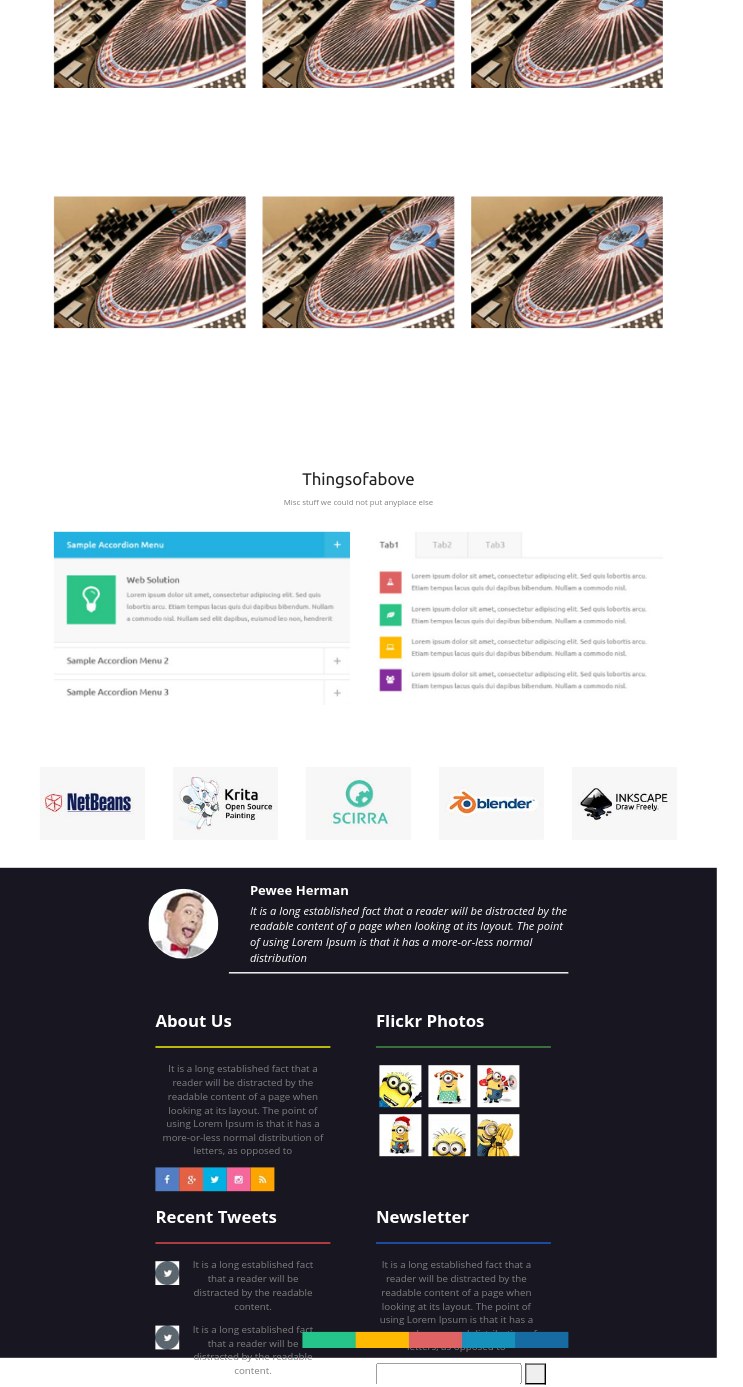
Repository: RenataDzotova/Metrolics-Renata-Beyonce
Page: index.html
These files come from the project's save history. The page is drawn as it stood at one moment and after the next save; the edit follows.
The browser window is 1024 px wide. The page is 1062 px wide, so the pictures cover 1062 px, including what lies to the right of the window. The pictures show the part of the page from y = 1934 to 4174 px (the page is 3916 px tall before and 4174 px after), at 70% of full size.
Some web fonts or font styles are not loaded; a fallback is used.

Above is the page before, as saved 2022-02-02 18:02:39.

### index.html
<!doctype html>
<html class="no-js" lang="">

<head>
  <meta charset="utf-8">
  <title>Metrolics</title>
  <meta name="description" content="">
  <meta name="viewport" content="width=device-width, initial-scale=1">

  <meta property="og:title" content="">
  <meta property="og:type" content="">
  <meta property="og:url" content="">
  <meta property="og:image" content="">

  <link rel="manifest" href="site.webmanifest">
  <link rel="apple-touch-icon" href="icon.png">
  <!-- Place favicon.ico in the root directory -->

  <link rel="preconnect" href="https://fonts.googleapis.com">
  <link rel="preconnect" href="https://fonts.gstatic.com" crossorigin>
  <link href="https://fonts.googleapis.com/css2?family=Chewy&family=Gluten:wght@600&family=Ubuntu:wght@300;400&display=swap" rel="stylesheet">
  <link rel="stylesheet" href="css/normalize.css">
  <link rel="stylesheet" href="css/main.css">
  <link rel="stylesheet" href="css/renata.css">

  <meta name="theme-color" content="#fafafa">
</head>

<body>

    <div class = "header">
        <div class = "navBar">
            <div class = "logo"> <img src = "photos/logo.jpg" alt = "logo"> </div>
            <div class="home"><img src="https://img.icons8.com/material-rounded/38/ffffff/home-page.png"/>Home</div>
            <div class="pages"><img src="https://img.icons8.com/windows/38/ffffff/code-fork--v1.png"/>Pages</div>
            <div class="blog"><img src="https://img.icons8.com/windows/38/ffffff/megaphone.png"/>Blog</div>
            <div class="portfolio"><img src="https://img.icons8.com/windows/38/ffffff/suitcase.png"/>Portfolio</div>
            <div class="contact"><img src="https://img.icons8.com/windows/38/ffffff/secured-letter--v1.png"/>Home</div>
        </div>
        <div class = "minions">
            <div class = "minions-div"><img src = "photos/Screen Shot 2022-01-25 at 2.02.28 PM.png" alt = "minion picture"></div>

        </div>
        <div class = "arrowOne"></div>
                <div class = "three-items">
                    <div class = "first-item">Metro Style</div>
                    <div class = "second-item">Retina Ready</div>
                    <div class = "third-item">Responsive Design</div>
                </div>
        <div class = "arrowTwo"></div>
    </div>


    <div class="MainContent">
        <div class= "page__intro">
            <div class="row">
                <h1 class="heading">
                    Hey guys! This is the Metrolics theme. It sports a responsive layout with a mobile layout.
                </h1>
            </div>
        </div>

        <section class="about">
            <div class="row l-col-4">
                    <div class="column span-full">
                        <h2 class="heading">
                            Things That We Do
                        </h2>
                        <p>Ask us what we can do for you</p>
                    </div>
                    <div class="column">
                        <figure class="project">
                            <img class="imgs" src="img/Bulb.png">
                            <h3 class="heading">Web Solutions</h3>
                            <p>We are a fairly small, flexible design studio that designs for print and web. We work flexibly with clients to fulfil their design needs. Whether you need to create a brand from scratch, including marketing materials and a beautiful and functional website or whether you are looking for a design refresh we are confident you will be pleased with the results.</p>
                        </figure>
                    </div>
                    <div class="column">
                        <figure class="project">
                            <img class="imgs" src="img/Pic.png">
                            <h3 class="heading">Photography</h3>
                            <p>We are a fairly small, flexible design studio that designs for print and web. We work flexibly with clients to fulfil their design needs. Whether you need to create a brand from scratch, including marketing materials and a beautiful and functional website or whether you are looking for a design refresh we are confident you will be pleased with the results.</p>
                        </figure>
                    </div>
                    <div class="column">
                        <figure class="project">
                            <img class="imgs" src="img/Gear.png">
                            <h3 class="heading">Web Developement</h3>
                            <p>We are a fairly small, flexible design studio that designs for print and web. We work flexibly with clients to fulfil their design needs. Whether you need to create a brand from scratch, including marketing materials and a beautiful and functional website or whether you are looking for a design refresh we are confident you will be pleased with the results.</p>
                        </figure>
                    </div>
                    <div class="column">
                        <figure class="project">
                            <img class="imgs" src="img/Pencil.png">
                            <h3 class="heading">Web Design</h3>
                            <p>We are a fairly small, flexible design studio that designs for print and web. We work flexibly with clients to fulfil their design needs. Whether you need to create a brand from scratch, including marketing materials and a beautiful and functional website or whether you are looking for a design refresh we are confident you will be pleased with the results.</p>
                        </figure>
                    </div>
                </div>
        </section>

        <section class="projects--new">
            <div class="row m-col-2 l-col-3">
                <div class="column span-full">
                    <h2 class="heading">
                        What's Up Lately?
                    </h2>
                    <p>Read up on our latest work<p>
                </div>
                <div class="column special-project">
                    <figure class="project">
                        <img src="img/Image-More.png" alt="Sample Image Post">
                    </figure>
                </div>
                <div class="column">
                    <figure class="project">
                        <img src="img/Image-More.png" alt="Sample Image Post">
                    </figure>
                </div>
                <div class="column">
                    <figure class="project">
                        <img src="img/Image-More.png" alt="Sample Image Post">
                    </figure>
                </div>
            </div>
        </section>
        <hr>
        <section class="projects">
            <div class="row m-col-2 l-col-3">
                <div class="column span-full">
                    <h2 class="heading">
                        Our Latest Projects
                    </h2>
                    <p>Client happy? We are happy.</p>
                </div>
                <div class="column">
                    <figure class="project">
                        <img src="img/Image.png" alt="Sample Image Post">
                        <div class="text"> <h4>Sample Image Post</h4> <h5>Photography</h5></div>
                        <div class="textimg"><img src="img/box.png"></div>
                    </figure>
                </div>
                <div class="column">
                    <figure class="project">
                        <img src="img/Image.png" alt="Sample Image Post">
                        <div class="text"> <h4>Sample Image Post</h4> <h5>Photography</h5></div>
                        <div class="textimg"><img src="img/box.png"></div>
                    </figure>
                </div>
                <div class="column">
                    <figure class="project">
                        <img src="img/Image.png" alt="Sample Image Post">
                        <div class="text"> <h4>Sample Image Post</h4> <h5>Photography</h5></div>
                        <div class="textimg"><img src="img/box.png"></div>
                    </figure>
                </div>
                <div class="column">
                    <figure class="project">
                        <img src="img/Image.png" alt="Sample Image Post">
                        <div class="text"> <h4>Sample Image Post</h4> <h5>Photography</h5></div>
                        <div class="textimg"><img src="img/box.png"></div>
                    </figure>
                </div>
                <div class="column">
                    <figure class="project">
                        <img src="img/Image.png" alt="Sample Image Post">
                        <div class="text"> <h4>Sample Image Post</h4> <h5>Photography</h5></div>
                        <div class="textimg"><img src="img/box.png"></div>
                    </figure>
                </div>
                <div class="column">
                    <figure class="project">
                        <img src="img/Image.png" alt="Sample Image Post">
                        <div class="text"> <h4>Sample Image Post</h4> <h5>Photography</h5></div>
                        <div class="textimg"><img src="img/box.png"></div>
                    </figure>
                </div>
            </div>
        </section>

        <section class="thingsofabove .s-hide">
            <div class="row l-col-2">
                <div class="column span-full">
                    <h2 class="heading">
                        Thingsofabove
                    </h2>
                    <p>Misc stuff we could not put anyplace else</p>
                </div>
                <div class="column">
                    <figure class="project">
                        <img src="img/Acordian.png" alt="Sample Image Post">
                    </figure>
                </div>
                <div class="column">
                    <figure class="project">
                        <img src="img/Tabs.png" alt="Sample Image Post">
                    </figure>
                </div>
            </div>
        </section>
  </div>

  <div class = "footer">
    <div class = "partners-logos">
        <div><img src = "photos/Client.jpg" alt = "partners"></div>
        <div><img src = "photos/krita.jpg" alt = "partners"></div>
        <div><img src = "photos/Scirra.jpg" alt = "partners"></div>
        <div><img src = "photos/blender.jpg" alt = "partners"></div>
        <div><img src = "photos/inkscape.jpg" alt = "partners"></div>
    </div>
    <div class = "footer-black">
        <div class = "footerBlack_content">
                <div class = "PeweeHerman">
                    <div class = "photo"><img src = "photos/portrait.jpg" alt = "photo"></div>
                    <div class = "text">
                        <h3>Pewee Herman</h3>
                        <i>It is a long established fact that a reader will be distracted by the readable content of a page when looking at its layout. The point of using Lorem Ipsum is that it has a more-or-less normal distribution </i>
                    </div>
                </div>
                <div class = "info-blocks">
                    <div class = "blockOne">
                        <div class = "textAbout"><h2>About Us</h2></div>
                        <p>It is a long established fact that a reader will be distracted by the readable content of a page when looking at its layout. The point of using Lorem Ipsum is that it has a more-or-less normal distribution of letters, as opposed to</p>
                        <div class = "social-media-icons">
                            <img src = "photos/btn-facebook.jpg" alt = "icon">
                            <img src = "photos/btn-google+.jpg" alt = "icon">
                            <img src = "photos/btn-twitter.jpg" alt = "icon">
                            <img src = "photos/btn-instagram.jpg" alt = "icon">
                            <img src = "photos/btn-rss.jpg" alt = "icon">
                        </div>
                    </div>
                    <div class = "blockTwo">
                        <div class = "textPhotos"><h2>Flickr Photos</h2></div>
                            <div class = "minion-pictures">
                                <img src = "photos/minion1.jpg" alt = "minion">
                                <img src = "photos/minion2.jpg" alt = "minion">
                                <img src = "photos/minion3.jpg" alt = "minion">
                                <img src = "photos/minion4.jpg" alt = "minion">
                                <img src = "photos/minion5.jpg" alt = "minion">
                                <img src = "photos/minion6.jpg" alt = "minion">
                            </div>
                    </div>
                    <div class = "blockThree">
                        <div class = "textTweets"><h2>Recent Tweets</h2></div>
                        <div class = "tweets">
                            <img src = "photos/icon-tweet.jpg" alt = "twitter-logo">
                            <p>It is a long established fact that a reader will be distracted by the readable content.</p>
                        </div>
                        <div class = "tweets">
                            <img src = "photos/icon-tweet.jpg" alt = "twitter-logo">
                            <p>It is a long established fact that a reader will be distracted by the readable content.</p>
                        </div>
                    </div>
                    <div class = "blockFour">
                        <div class = "textForm"><h2>Newsletter</h2></div>
                        <p>It is a long established fact that a reader will be distracted by the readable content of a page when looking at its layout. The point of using Lorem Ipsum is that it has a more-or-less normal distribution of letters, as opposed to</p>
                        <div class = "form">
                            <input type="email" id="email" name="email">
                            <button type="button"></button>
                        </div>
                    </div>

                </div>
                <div class = "colorfulThing">
                    <div><img src = "photos/coloured bars.jpg" alt = "blocks"></div>
                </div>
        </div>
</div>





  <script src="js/vendor/modernizr-3.11.2.min.js"></script>
  <script src="js/plugins.js"></script>
  <script src="js/main.js"></script>

  <!-- Google Analytics: change UA-XXXXX-Y to be your site's ID. -->
  <script>
    window.ga = function () { ga.q.push(arguments) }; ga.q = []; ga.l = +new Date;
    ga('create', 'UA-XXXXX-Y', 'auto'); ga('set', 'anonymizeIp', true); ga('set', 'transport', 'beacon'); ga('send', 'pageview')
  </script>
  <script src="https://www.google-analytics.com/analytics.js" async></script>
</body>

</html>

### css/renata.css
/* /////////////    THIS IS THE HEADER    ///////////// */

.header{
    display:flex;
    justify-content: center;
    align-items: center;
    flex-direction: column;
  }






  /* ////////////   NAVBAR    */
  .navBar{
    display: flex;
    flex-direction: row;
    justify-content: center;
    align-items: center;
    width: 1000px;
  }


  /* //////  nav bar icons and img /////// */
  .navBar .logo{
    margin: 0 40px 0 0;
  }

  .home img, .pages img, .blog img, .portfolio img, .contact img{
    width: 30px;
}

  .navBar .home{
    background-color: rgb(71, 148, 71);
    width: 100px;
    height: 100px;
    color: white;
    display: flex;
    flex-direction: column;
    justify-content: center;
    align-items: center;
  }

  .navBar .pages{
    background-color: rgb(236, 226, 77);
    width: 100px;
    height: 100px;
    color: white;
    display: flex;
    flex-direction: column;
    justify-content: center;
    align-items: center
  }

  .navBar .blog{
    background-color: rgb(236, 76, 76);
    width: 100px;
    height: 100px;
    color: white;
    display: flex;
    flex-direction: column;
    justify-content: center;
    align-items: center
  }

  .navBar .portfolio{
    background-color: rgb(99, 205, 212);
    width: 100px;
    height: 100px;
    color: white;
    display: flex;
    flex-direction: column;
    justify-content: center;
    align-items: center
  }

  .navBar .contact{
    background-color: rgb(34, 97, 214);
    width: 100px;
    height: 100px;
    color: white;
    display: flex;
    flex-direction: column;
    justify-content: center;
    align-items: center
  }






  /* //////  minion picture section  /////// */
  .minions{
    background-color: rgb(187, 187, 187);
    width: 100%;
    display: flex;
    justify-content: center;
    align-items:center;
    flex-direction: column;
  }

  .minions img{
      width: 1100px;
  }



  /* /////   text and arrows on minion picture  /////// */
  .first-item, .second-item, .third-item{
    background-color: lightgray;
    opacity: 50%;
    width: 170px;
    height: 35px;
    margin: 2px;
    top: -280px;
    left: -300px;
    padding-left: 10px;

  }

  .minions .three-items p{
    opacity: 100%;
  }

  .first-item{
    border-left:rgb(34, 97, 214) 5px solid;
    position: relative;
  }
  .second-item{
    border-left:rgb(236, 76, 76) 5px solid;
    position: relative;
  }
  .third-item{
    border-left:rgb(236, 226, 77)5px solid;
    position: relative;
  }









/* //////////////  logo pictures above footer ////////// */
  .partners-logos{
    display: flex;
    flex-direction: row;
    align-items: center;
    justify-content: center;
  }

  .partners-logos img{
    margin: 40px 20px 40px 20px;
    width: 150px;
  }







  /* ///////////     FOOTER      /////////  */

  .footer-black{
    background-color: rgb(24, 22, 32);
    display: flex;
    flex-direction: column;
    align-items: center;
    justify-content: center;
    height: 530px;
  }

  .footerBlack_content{
    width: 1000px;
    height: 450px;
    margin: 0px;
  }





  /* ////////// Pewee Herman Section ////////// */
  .PeweeHerman{
    display: flex;
    flex-direction: row;
    width: 1000px;
  }

  .PeweeHerman img{
    border-radius: 50%;
    margin: 30px 15px 20px 0;
    width: 100px;
  }

  .PeweeHerman .text{
    color: white;
    padding-bottom: 10px;
    margin-bottom: 20px;
    padding-left: 30px;
  }




  /* ////////// information blocks ////////// */

  .info-blocks h3{
    margin-bottom: 30px;
  }

  .text > h3{
    margin-bottom: 5px;
  }

  .info-blocks{
    display: flex;
    flex-direction: row;
    align-content: flex-start;
    width: 1000px;
  }

  .info-blocks p{
    font-size: 14px;
    margin-top: 0;
    padding-right: 20px;
  }

  .info-blocks div{
    width: 250px;
  }





  /* ///////  block one  ////// */
  .info-blocks .blockOne{
    display: flex;
    flex-direction: column;
    color:  white;
    width: 25%;
  }

  .info-blocks .social-media-icons{
    display: flex;
    flex-direction: row;
    width: 160px;
  }

  .textAbout{
    border-bottom: yellow 2px solid;
    margin-bottom: 20px;
  }





  /* ////// block two  //////// */
  .info-blocks .blockTwo{
    display: flex;
    flex-direction: column;
    color:  white;
    width: 25%;
  }

  .blockTwo .minion-pictures{
    display: flex;
    flex-direction: row;
    flex-wrap: wrap;
    width: 250px;
    height: 100px;
  }

  .blockTwo .minion-pictures>img{
    margin: 5px;
    width: 60px;
    height: 60px;
  }

  .textPhotos{
    border-bottom: rgb(71, 148, 71) 2px solid;
    margin-bottom: 20px;
  }





  /* ///////// block three  ///////// */
  .info-blocks .blockThree{
    display: flex;
    flex-direction: column;
    color: white;
  }

  .blockThree .tweets{
    display: flex;
    flex-direction: row;
  }

  .blockThree .tweets img{
    width: 34px;
    height: 34px;
    margin: 5px 15px 0 0;
  }

  .blockThree .tweets p{
    margin-top: 0px;
  }

  .textTweets{
    border-bottom: rgb(236, 76, 76) 2px solid;
    margin-bottom: 20px;
  }





  /* //////   block four   ///////// */
  .info-blocks .blockFour{
    display: flex;
    flex-direction: column;
    color: white;
  }


  .blockFour input{
    width: 200px;
  }

  .blockFour button{
    width: 30px;
    height: 30px;
    border-radius: 0;
    margin-left: 5px;
  }
  .form{
    display: flex;
    justify-content: flex-start;
  }

  .text{
    border-bottom: white 2px solid;
  }

  .textForm{
    border-bottom: rgb(34, 97, 214) 2px solid;
    margin-bottom: 20px;
  }





/* /////////////  colorful thing on the bottom  //////// */

  .colorfulThing{
    display: flex;
    justify-content: flex-end;
    margin-top: 40px;
  }





  /* //////////////// media queries //////////// */

  @media screen and (max-width: 74.9375em) {
    .footerBlack_content{
        width: 600px;
        height: 1000px;
    }

    .footer-black{
        height: 700px;
    }

    .PeweeHerman{
        width: 600px;
    }

    .info-blocks{
        display: grid;
        grid-template-columns: auto auto;
        grid-template-rows: 150px 150px;
        width: 600px;
        grid-gap: 130px 10px;
        padding: 10px;
    }

    .blockOne p{
        width: 250px;
    }

    /* .info-blocks{
        display: flex;
        flex-direction: row;
        align-content: flex-start;
        width: 600px;
    } */


}

Loaded but not shown: css/normalize.css (library); js/vendor/modernizr-3.11.2.min.js (library); js/plugins.js (24 lines, source omitted); css/main.css (460 lines, source omitted); js/main.js (no stored copy; drawn as an empty file)

After the next save:
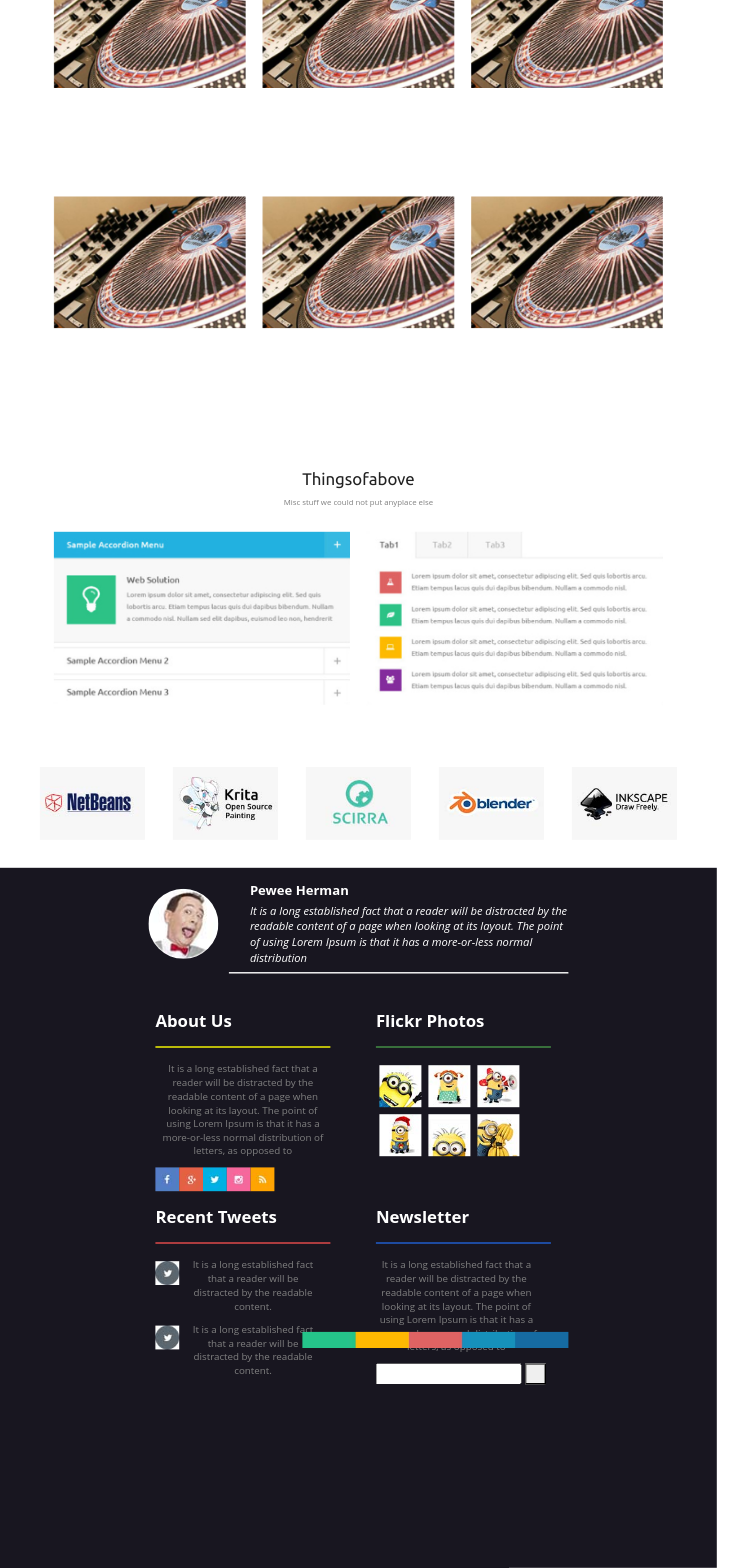
Saved 29 s later.
--- a/css/renata.css
+++ b/css/renata.css
@@ -381,7 +381,7 @@
     }
 
     .footer-black{
-        height: 700px;
+        height: fit-content;
     }
 
     .PeweeHerman{
